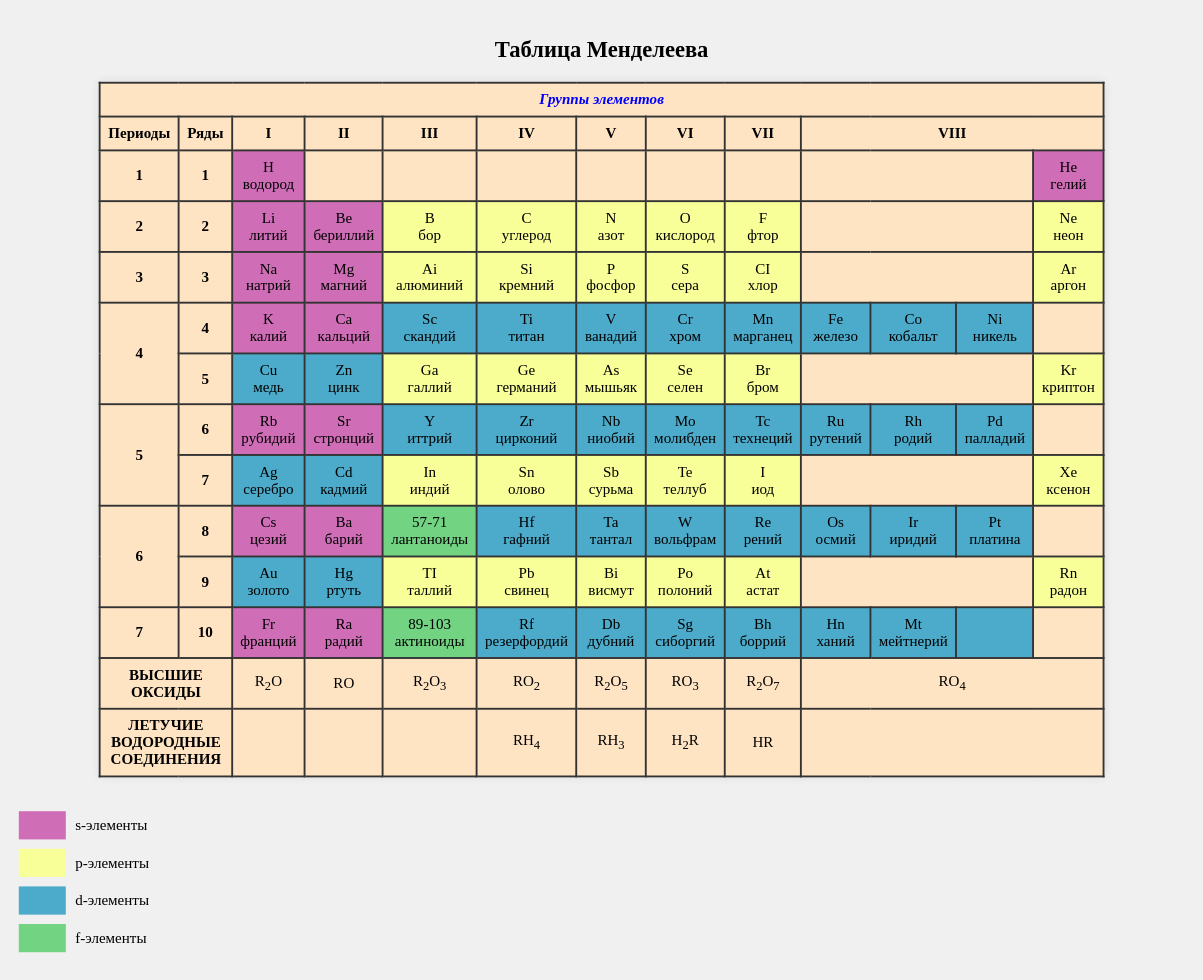
Repository: sannikovcode/exercises-a1
Page: JS/websites/01-periodic table/index.html
An editor plug-in stored every save of this project. The page is shown before and after the next save, followed by the edit.
The browser window is 1280 px wide. The pictures show the whole page, at 94% of full size.

Above is the page before, as saved 2025-10-18 16:28:24.

After the next save:
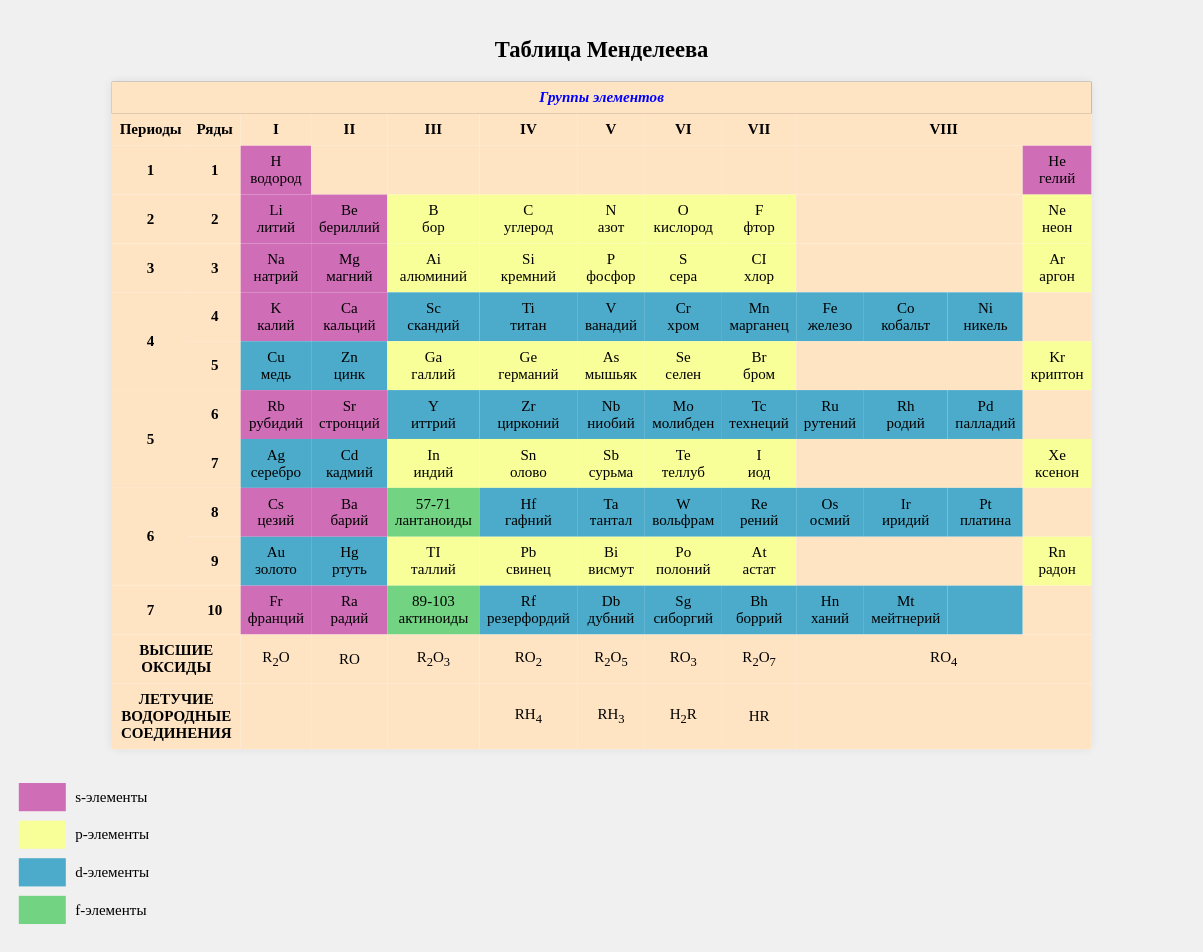
Saved 23 s later.
--- a/JS/websites/01-periodic table/styles.css
+++ b/JS/websites/01-periodic table/styles.css
@@ -7,9 +7,9 @@ table {
   margin: 0 auto;
   box-shadow: 0 0 10px rgba(0,0,0,0.1);
 }
-table, th, td {
+/* table, th, td {
   border: 2px solid #333;
-}
+} */
 
 th, td {
   padding: 8px;

After the save that followed:
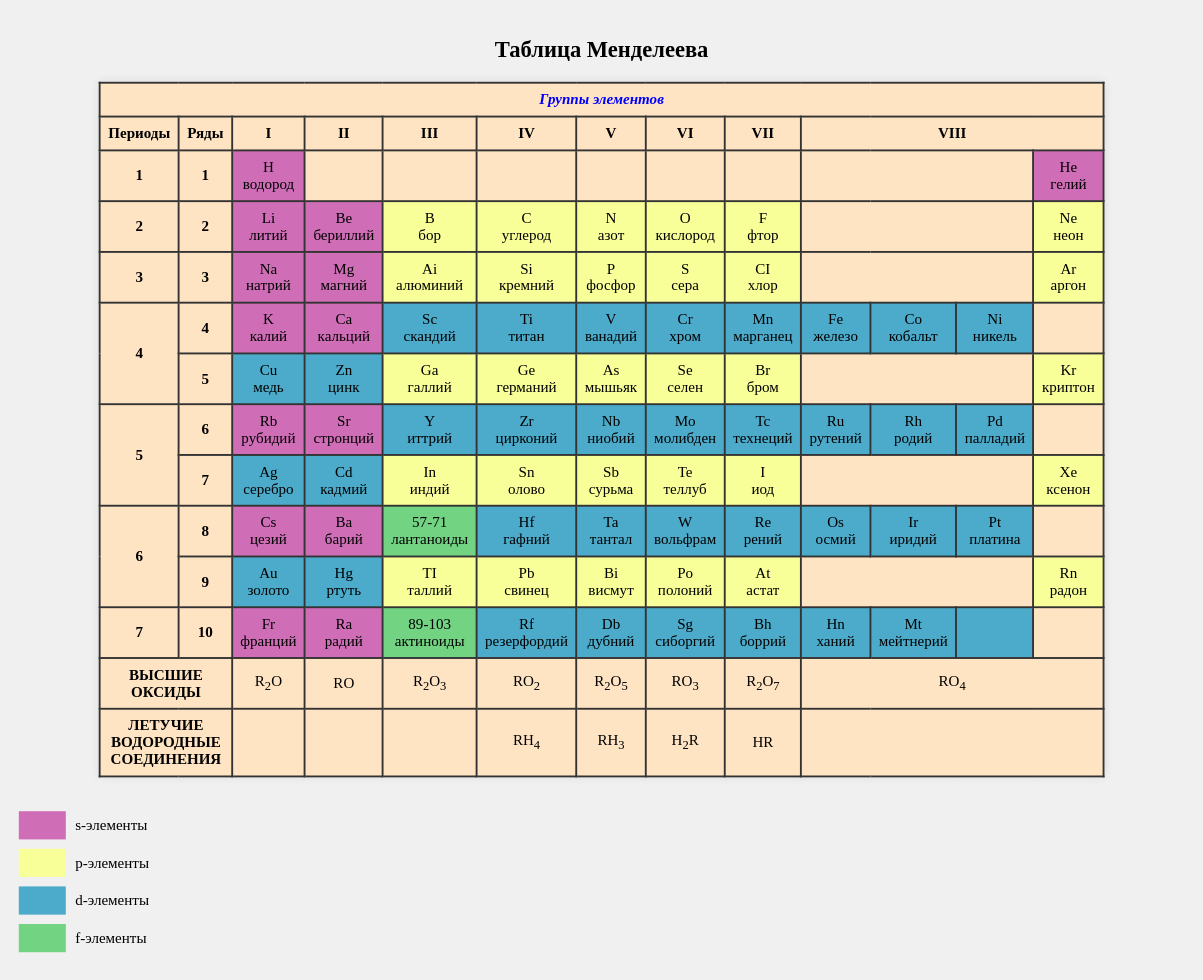
Saved 10 s later.
--- a/JS/websites/01-periodic table/styles.css
+++ b/JS/websites/01-periodic table/styles.css
@@ -7,9 +7,9 @@ table {
   margin: 0 auto;
   box-shadow: 0 0 10px rgba(0,0,0,0.1);
 }
-/* table, th, td {
+table, th, td {
   border: 2px solid #333;
-} */
+}
 
 th, td {
   padding: 8px;
